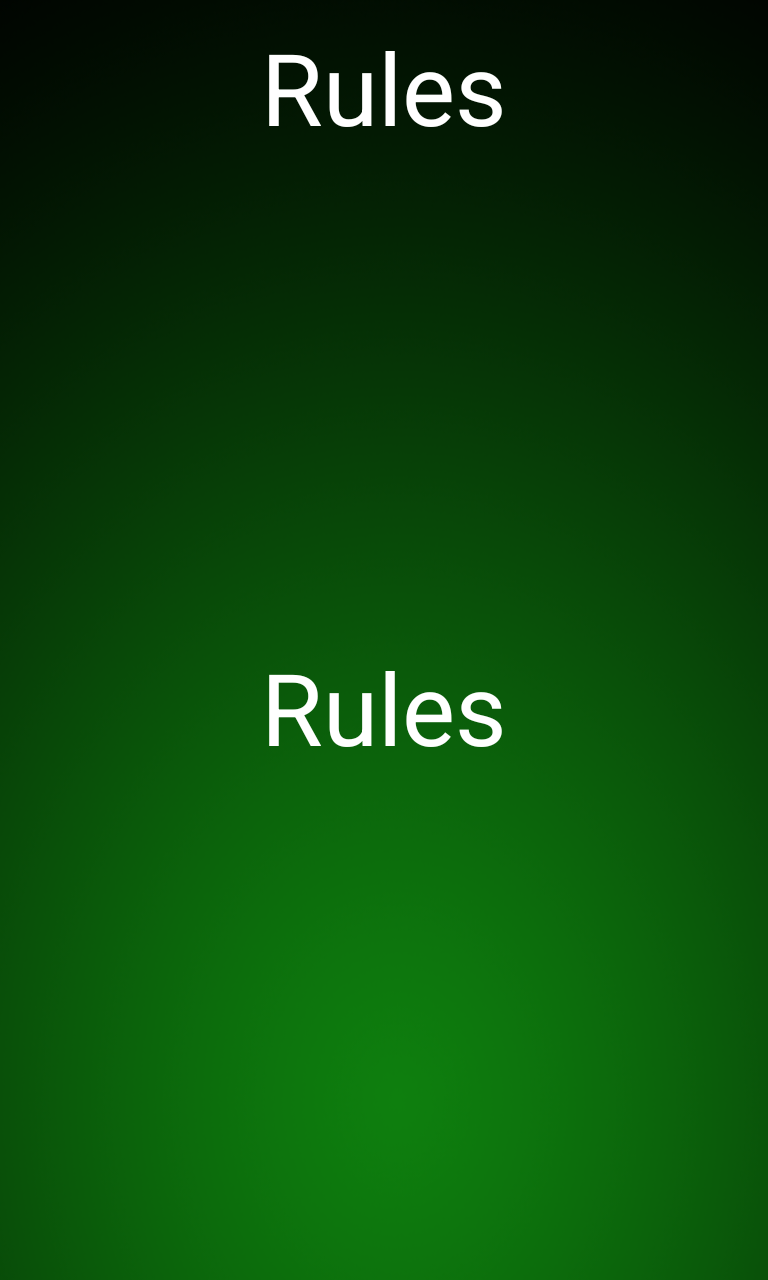
Repository: jwu14/AAProductions
Layout: EgyptianRatscrew/res/layout/activity_rules.xml
An editor plug-in stored every save of this project. The layout is shown before and after the next save, followed by the edit.
It is drawn on a 768 x 1280 px phone screen (xhdpi) without system bars, with theme AppTheme; the app's code is not run.

Above is the layout before, as saved 2013-03-06 20:58:23.

### EgyptianRatscrew/res/layout/activity_rules.xml
<LinearLayout xmlns:android="http://schemas.android.com/apk/res/android"
    xmlns:tools="http://schemas.android.com/tools"
    android:layout_width="fill_parent"
    android:layout_height="fill_parent"
    android:background="@drawable/bg"
    android:gravity="center"
    android:orientation="vertical"
    android:paddingBottom="10dp"
    android:paddingTop="10dp"
    tools:context=".StatsActivity" >

    <TextView
        android:id="@+id/rules"
        android:layout_width="match_parent"
        android:layout_height="68dp"
        android:layout_weight="0.23"
        android:clickable="false"
        android:gravity="center_horizontal"
        android:text="Rules"
        android:textColor="#FFFFFF"
        android:textSize="50sp" />

     <TextView
        android:id="@+id/info"
        android:layout_width="match_parent"
        android:layout_height="68dp"
        android:layout_weight="0.23"
        android:clickable="false"
        android:gravity="center_horizontal"
        android:text="Rules"
        android:textColor="#FFFFFF"
        android:textSize="50sp" />

</LinearLayout>

After the next save:
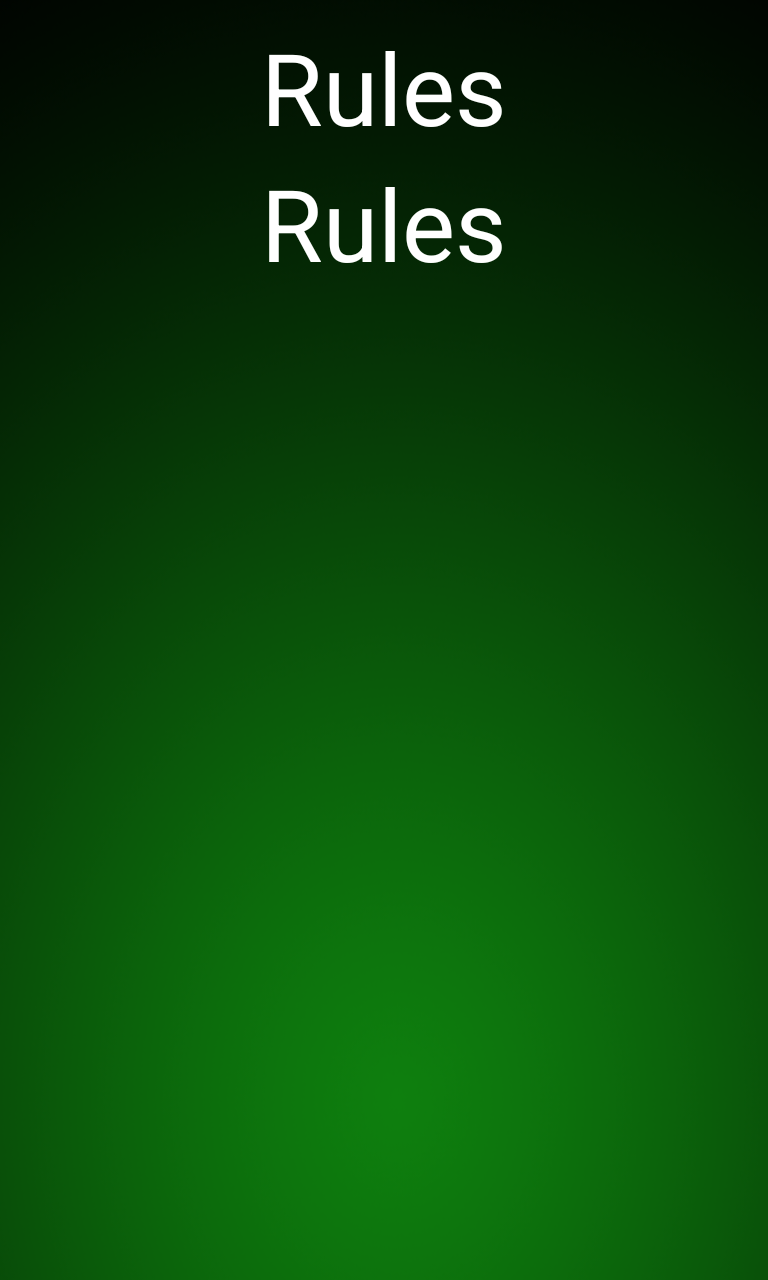
Saved 23 s later.
--- a/EgyptianRatscrew/res/layout/activity_rules.xml
+++ b/EgyptianRatscrew/res/layout/activity_rules.xml
@@ -13,7 +13,6 @@
         android:id="@+id/rules"
         android:layout_width="match_parent"
         android:layout_height="68dp"
-        android:layout_weight="0.23"
         android:clickable="false"
         android:gravity="center_horizontal"
         android:text="Rules"
